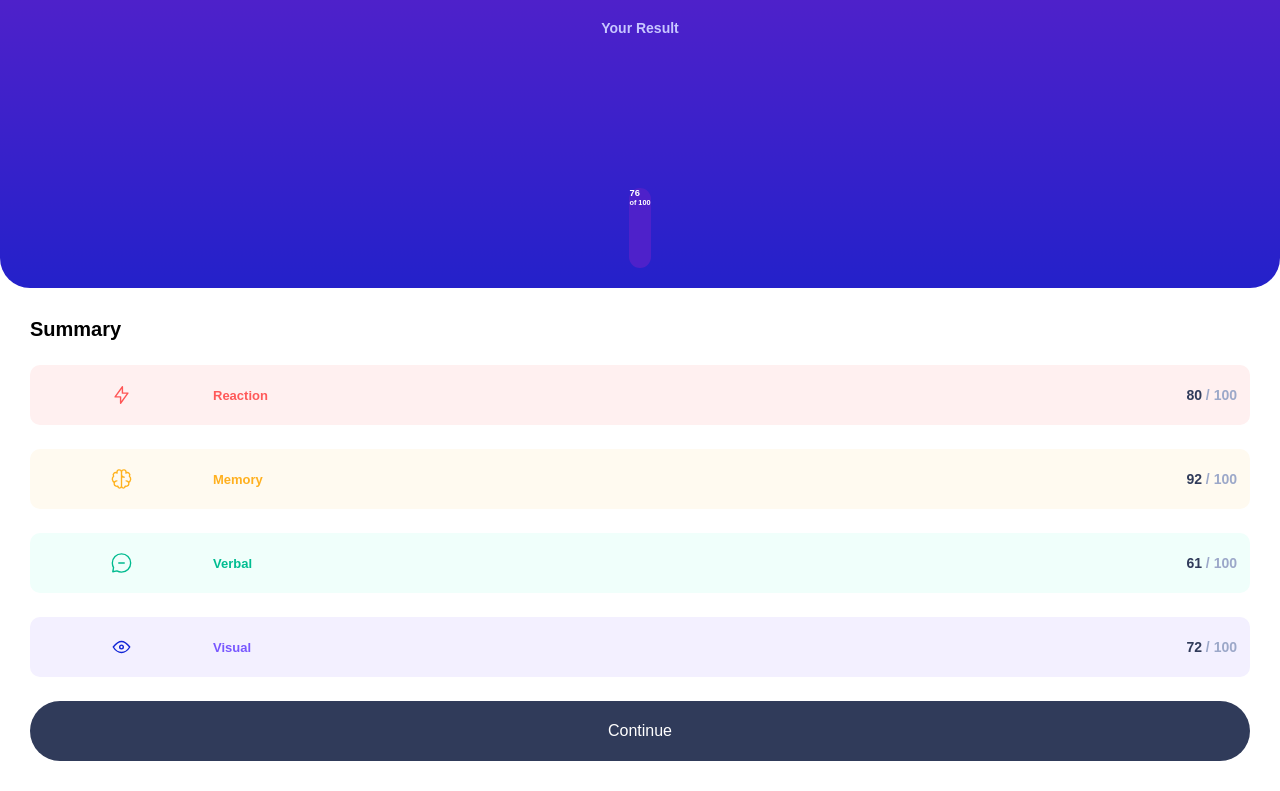
Repository: limaneto/frontend-mentor-results-summary
Page: index.html
These files come from the project's save history. The page is drawn as it stood at one moment and after the next save; the edit follows.
The browser window is 1280 px wide. The pictures show the whole page.

Above is the page before, as saved 2023-11-06 09:03:43.

### index.html
<!DOCTYPE html>
<html lang="en">
  <head>
    <meta charset="UTF-8">
    <meta name="viewport" content="width=device-width, initial-scale=1.0">
    <link rel="stylesheet" href="style.css">
  </head>
  <body>
    <main>
      <section id='result'>
        <h1>Your Result</h1>
        <span id='score'>
          <h2>76</h2>
          <h3>of 100</h3>
        </span>
      </section>
      <summary>
        <h2>Summary</h2>
        <ul>
          <li id='reaction'>
            <img id='icons' src="./assets/images/icon-reaction.svg" alt="Lightning">
            Reaction
            <span>
              80 <span>/ 100</span>
            </span>
          </li>
          <li id='memory'>
            <img id='icons' src="./assets/images/icon-memory.svg" alt="Brain">
            Memory
            <span>
              92 <span>/ 100</span>
            </span>
          </li>
          <li id='verbal'>
            <img id='icons' src="./assets/images/icon-verbal.svg" alt="Cloud">
            Verbal
            <span>
              61 <span>/ 100</span>
            </span>
          </li>
          <li id='visual'>
            <img id='icons' src="./assets/images/icon-visual.svg" alt="Eye">
            Visual
            <span>
              72 <span>/ 100</span>
            </span>
          </li>
        </ul>
        <button>Continue</button>
      </summary>
    </main>
  </body>
</html>

### style.css
:root {
  --red: #ff5959;
  --orangey:	#ffb01f;
  --green: #00bd91;
  --blue: #1125d4;
  --pale-blue: #ebf1ff;
  --white: #ffffff;
  --dark-gray-blue: #303b5a;
  --lavender: #c8c7ff;
  --g-slate-blue: #7857ff;
  --g-royal-blue: #2e2be9;
  --g-violet-blue: #4e21ca;
  --g-persian-blue: #2421ca;
}

@font-face {
  font-family: 'HankenGrotesk', sans-serif;
  src: url(./assets/fonts//HankenGrotesk-VariableFont_wght.ttf);
}

* {
  box-sizing: border-box;
  margin: 0;
  padding: 0;
}

html, body {
  font-size: 62.5%;
  font-family: 'HankenGrotesk', sans-serif;
  height: 100vh;
  width: 100vw;
}

li {
  display: block;
}

main {
  height: 100%;
  width: 100%;
}

section {
  display: flex;
  flex-direction: column;
  align-items: center;
  justify-content: space-between;
  padding: 2.0rem;
  height: 40%;
  background: linear-gradient(0deg, var(--g-persian-blue) 0%, var(--g-violet-blue) 100%);
  background-color: var(--g-royal-blue);
  border-bottom-left-radius: 30px;
  border-bottom-right-radius: 30px;
  color: var(--white);
}

section > h1 {
  font-size: 1.4rem;
  color: var(--lavender);
}

#score {
  height: 80px;
  border-radius: 5rem;
  background-color: var(--g-violet-blue);
}

summary {
  padding: 30px;
}

summary > h2 {
  font-size: 2rem;
}

summary > ul > li {
  font-size: 1.3rem;
  font-weight: bold;
  display: flex;
  align-items: center;
  width: 100%;
  height: 60px;
  border-radius: 10px;
  background-color: #00bd91;
  margin: 24px 0;
}

#reaction {
  color: var(--red);
  background-color: hsl(0, 100%, 97%);
}

#memory {
  color: var(--orangey);
  background-color: hsl(39, 100%, 97%);
}

#verbal {
  color: var(--green);
  background-color: hsl(166, 100%, 97%);
}

#visual {
  color: var(--g-slate-blue);
  background-color: hsl(252, 100%, 97%);
}

#icons {
  width: 15%;
  height: 2.2rem;
}

li > span {
  color: var(--dark-gray-blue);
  font-size: 1.4rem;
  margin-right: 1.3rem;
  margin-left: auto;
}

li > span > span {
  color: hsl(224, 30%, 70%);
}

summary > button {
  background-color: var(--dark-gray-blue);
  width: 100%;
  height: 60px;
  color: var(--white);
  border: none;
  border-radius: 3.2rem;
  font-size: 1.6rem;
}

After the next save:
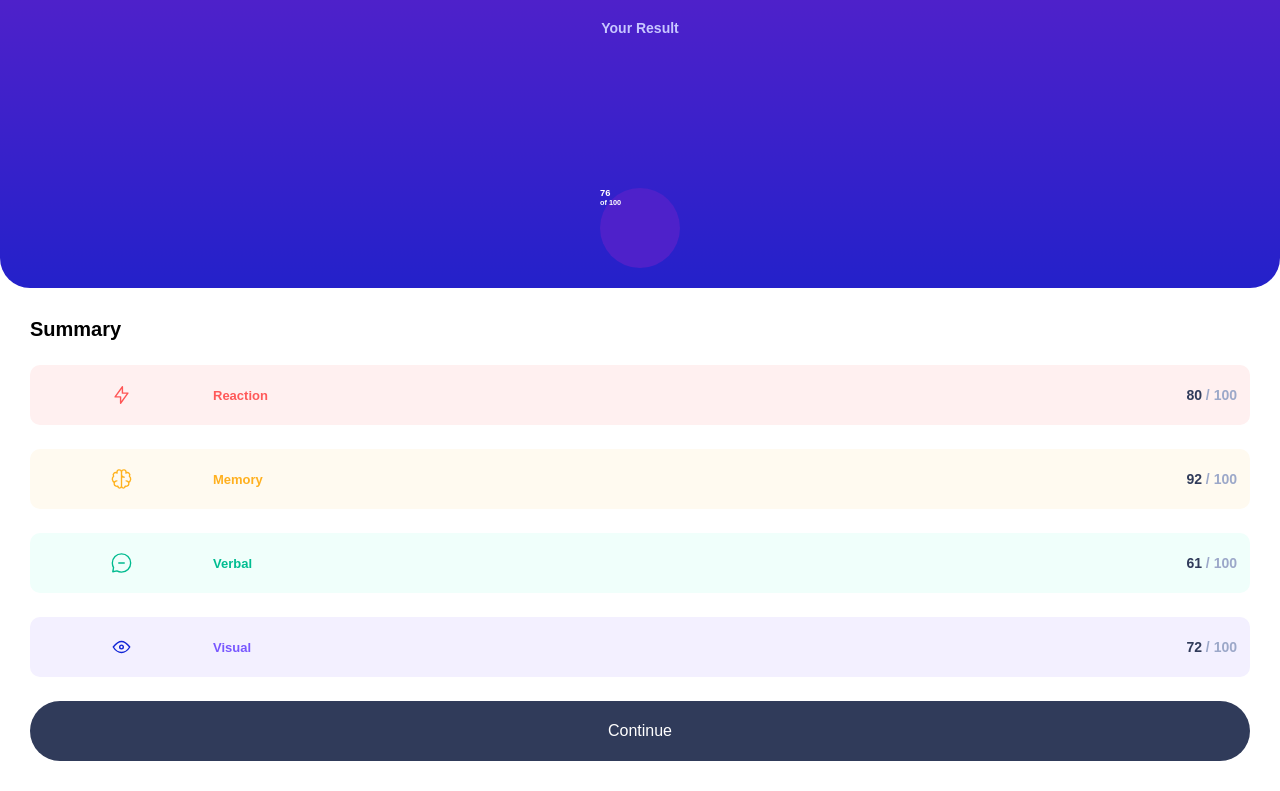
Saved 19 s later.
--- a/style.css
+++ b/style.css
@@ -61,6 +61,7 @@ section > h1 {
 
 #score {
   height: 80px;
+  width: 80px;
   border-radius: 5rem;
   background-color: var(--g-violet-blue);
 }
